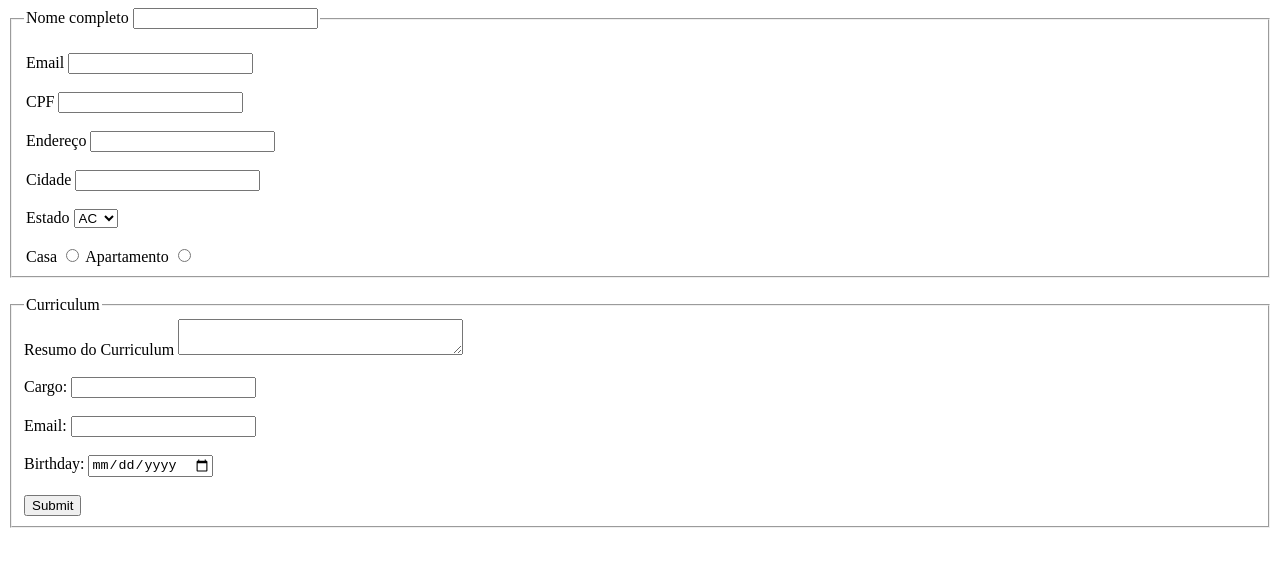
Repository: Parker9309/-trybe-exercises
Page: exercises/exercises-bloco6/html-e-css-forms-flexbox-e-responsivo_1/index.html
An editor plug-in stored every save of this project. The page is shown before and after a run of saves, followed by the edit.
The browser window is 1280 px wide. The pictures show the whole page.

Above is the page before, as saved 2021-03-16 20:28:34.

### exercises/exercises-bloco6/html-e-css-forms-flexbox-e-responsivo_1/index.html
<!DOCTYPE html>
<html lang="pt-br">
<head>
  <meta charset="UTF-8">
  <meta http-equiv="X-UA-Compatible" content="IE=edge">
  <meta name="viewport" content="width=device-width, initial-scale=1.0">
  <title>Document</title>
</head>
<body>
  <form>
    <div id="forms">
    <fieldset>
      <legend>
        <label form="nome"> Nome completo
          <input type = "text" name="nome" id="nome" maxlength="40" required>
        </label>
      </legend>

  <br>

    <legend>
      <label form="mail"> Email
        <input type = "text" name="nome" id="mail" maxlength="50" required>
      </label>
    </legend>

  <br>

    <legend>
      <label form="cpf"> CPF
        <input type = "text" name="nome" id="cpf" maxlength="11" required>
      </label>
    </legend>

<br>

  <legend>
    <label form="nome"> Endereço
      <input type = "text" name="nome" id="endereço" maxlength="200" required>
    </label>
  </legend>

<br>

  <legend>
    <label form="nome"> Cidade
      <input type = "text" name="nome" id="city" maxlength="28" required>
    </label>
  </legend>

<br>

  <legend>
    <label form="nome"> Estado
      <select name="nome" id="estados" required>
    </label>
  </legend>

<br>

  <legend>
    <label form="nome"> Estado
      <select name="nome" id="estados" required>
    </label>
  </legend>

<br>

  <legend>
      <label form="nome">Casa</label>
      <input type="radio" name="nome" id="Moradia" required>
      <label form="nome">Apartamento</label>
      <input type="radio" name="nome" id="Moradia" required>
  </legend>
</fieldset>
<br>
<fieldset>
  <legend>Curriculum</legend>
  <label for="fname">Resumo do Curriculum</label>
  <textarea type="text"id="fname" name="fname" ows="5" cols="33" maxlength="2000" placeholder="Conte me sobre seu Curriculum" required>
   </textarea><br><br>
  <label for="lname">Cargo:</label>
  <input type="text" id="cargo" name="cargo"><br><br>
  <label for="email">Email:</label>
  <input type="email" id="email" name="email"><br><br>
  <label for="birthday">Birthday:</label>
  <input type="date" id="birthday" name="birthday"><br><br>
  <input type="submit" value="Submit">
</fieldset>
</div>
</form>
<script src = "script.js"></script>
</body>
</html>

### exercises/exercises-bloco6/html-e-css-forms-flexbox-e-responsivo_1/script.js
let opcoes = document.getElementById('estados');
function criarOpcoes() {
  let estadosBr = ['AC', 'AL', 'AP','AM', 'BA','CE', 'DF',
  'ES', 'GO', 'MA', 'MT', 'MS', 'MG', 'PA', 'PB', 'PR','PE', 'PI', 'RJ', 'RN', 'RS', 'RO', 'RR', 'SC', 'SP', 'SE', 'TO'];
  for (let stateIndex = 0; stateIndex < estadosBr.length; stateIndex += 1) {
    let opcao = document.createElement('option');
    opcao.value = estadosBr[stateIndex].toLowerCase();
    opcao.id = 'estados';
    opcao.innerHTML = estadosBr[stateIndex];
    opcoes.appendChild(opcao);
  }
}
criarOpcoes()

After the next 3 saves:
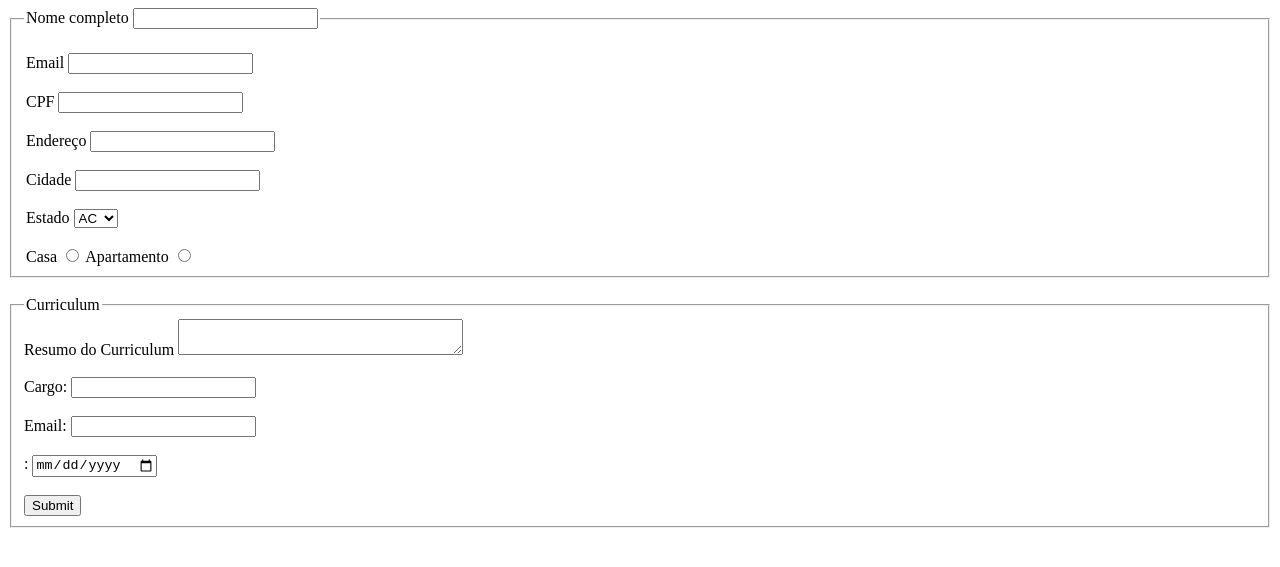
The 3 saves are shown as one change because they came seconds apart.
The last was saved 21 s later.
--- a/exercises/exercises-bloco6/html-e-css-forms-flexbox-e-responsivo_1/index.html
+++ b/exercises/exercises-bloco6/html-e-css-forms-flexbox-e-responsivo_1/index.html
@@ -83,7 +83,7 @@
   <input type="text" id="cargo" name="cargo"><br><br>
   <label for="email">Email:</label>
   <input type="email" id="email" name="email"><br><br>
-  <label for="birthday">Birthday:</label>
+  <label for="birthday">:</label>
   <input type="date" id="birthday" name="birthday"><br><br>
   <input type="submit" value="Submit">
 </fieldset>
